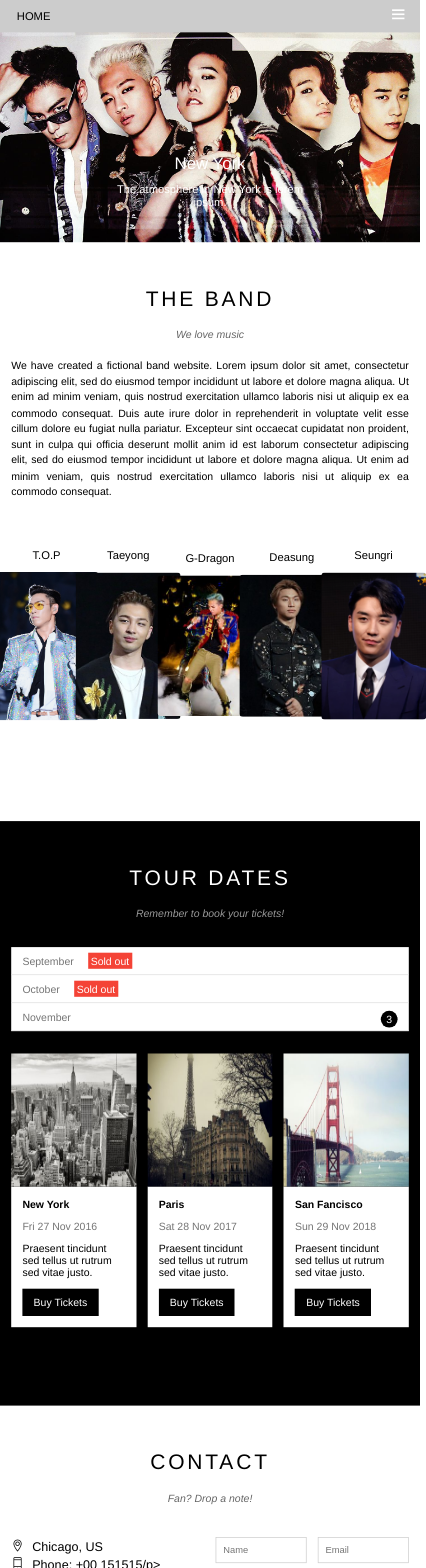
Repository: ThinhTran2k/BigBang-Band-Website
Page: index.html
These files come from the project's save history. The page is drawn as it stood at one moment and after a run of saves; the edit follows.
The browser window is 600 px wide. The page is 609 px wide, so the pictures cover 609 px, including what lies to the right of the window. The pictures show the part of the page from y = 0 to 2240 px (the page is 2991 px tall), at 70% of full size.

Above is the page before, as saved 2021-03-15 18:23:55.
Console error: TypeError: Cannot set properties of undefined (setting 'onclick')

After the next 2 saves:
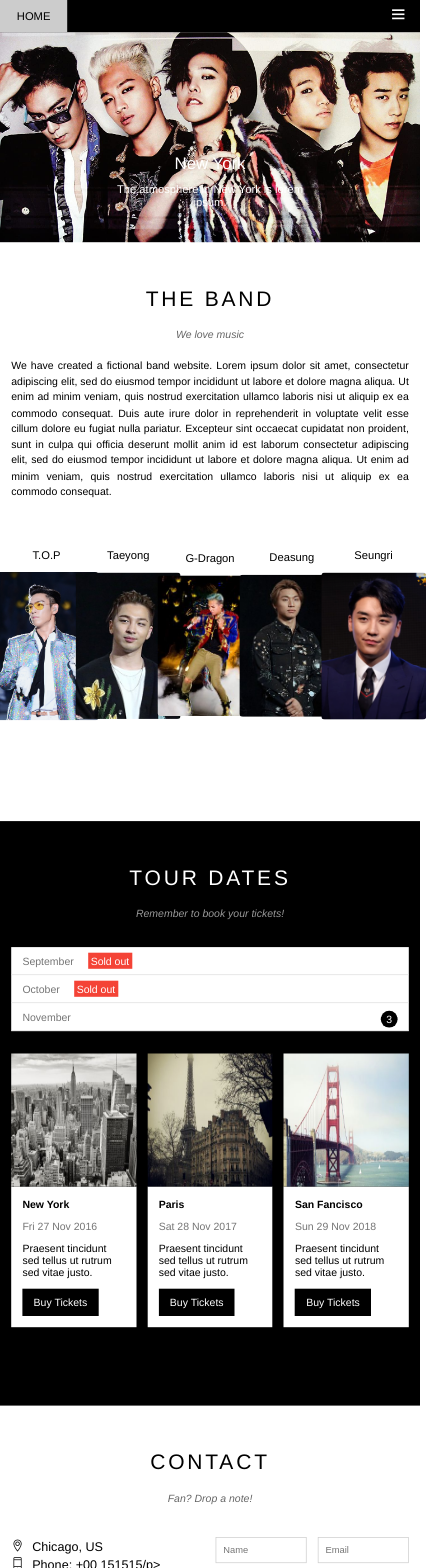
The 2 saves are shown as one change because they came seconds apart.
The last was saved 7 s later.
--- a/asset/css/responsive.css
+++ b/asset/css/responsive.css
@@ -12,5 +12,7 @@
     .header .mobi-menu-responsive {
         display: block;
     }
-    .nav > li:first-child
+    .nav > li:first-child {
+        display: inline-block;
+    }
 }
